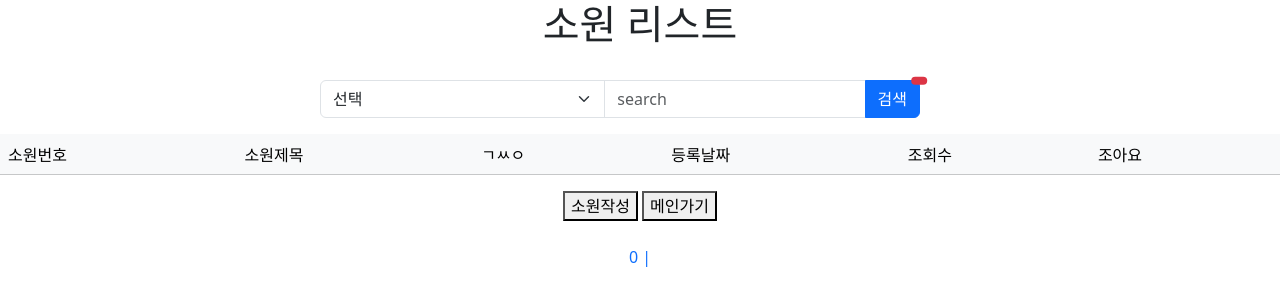
Repository: sujeong1799/JSP
Page: http://localhost/java_study/board/list.jsp
These files come from the project's save history. The page is drawn as it stood at one moment and after the next save; the edit follows.
The browser window is 1280 px wide. The pictures show the whole page.
The page is served by Tomcat 9. The template is opened directly, without the code that normally fills it, so the values that code supplies are empty.

Above is the page before, as saved 2023-05-24 07:23:37.

After the next save:
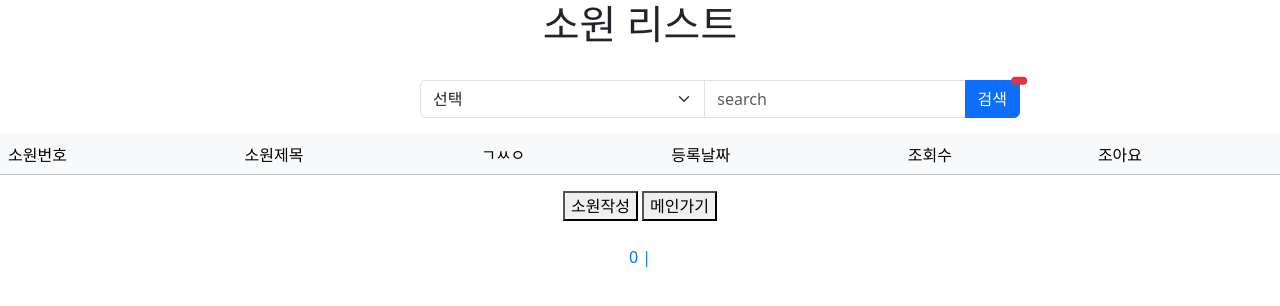
Saved 6 s later.
--- a/jsp_project4-1_과제/java_study/src/main/webapp/board/list.jsp
+++ b/jsp_project4-1_과제/java_study/src/main/webapp/board/list.jsp
@@ -16,7 +16,7 @@
 	<h1 align="center">소원 리스트</h1>
 	<br>
 	<!-- 검색라인 -->
-	<div class="col-sm-12 col-md-6" style="margin-left: 300px" align="center">
+	<div class="col-sm-12 col-md-6" style="margin-left: 400px" align="center">
 		<form action="/brd/page" method="post">
 			<div class="input-group mb-3" style="width: 600px">
 				<!-- var이름은 마음대로 설정해도 됨 -->
